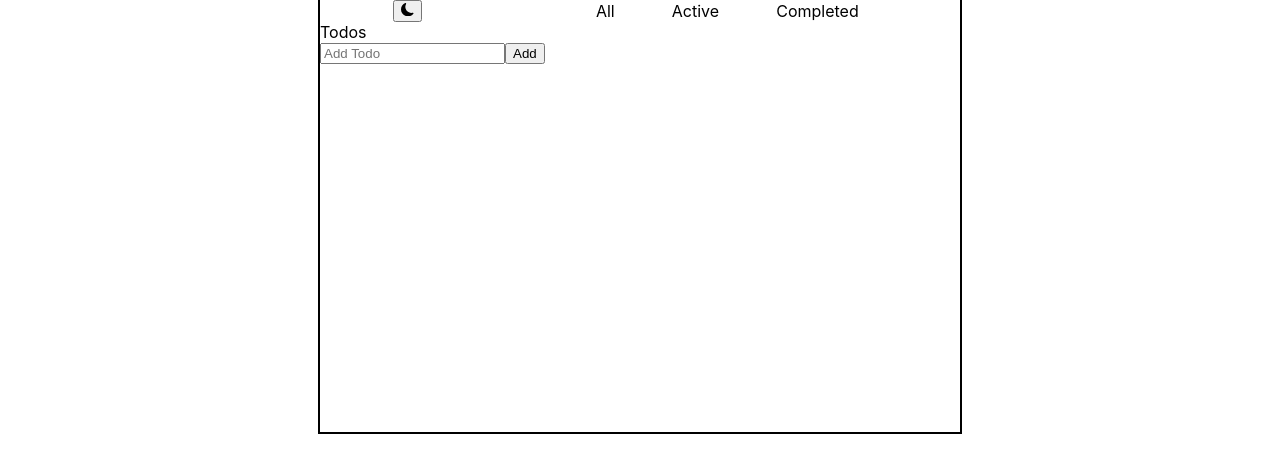
Repository: DongjaJ/React-Todo
Page: / (app in react-todo/)
An editor plug-in stored every save of this project. The page is shown before and after the next save, followed by the edit.
The browser window is 1280 px wide. The pictures show the whole page.
The project was rebuilt for these pictures with package versions that can differ from the ones it lists, and the page was loaded fresh each time.

Above is the page before, as saved 2023-05-15 13:57:13.

### react-todo/public/index.html
<!DOCTYPE html>
<html lang="en">
	<head>
		<meta charset="utf-8" />
		<link rel="icon" href="%PUBLIC_URL%/favicon.ico" />
		<meta name="viewport" content="width=device-width, initial-scale=1" />
		<meta name="theme-color" content="#000000" />
		<meta
			name="description"
			content="Web site created using create-react-app" />
		<link rel="apple-touch-icon" href="%PUBLIC_URL%/logo192.png" />
		<!--
      manifest.json provides metadata used when your web app is installed on a
      user's mobile device or desktop. See https://developers.google.com/web/fundamentals/web-app-manifest/
    -->
		<link rel="manifest" href="%PUBLIC_URL%/manifest.json" />
		<!--
      Notice the use of %PUBLIC_URL% in the tags above.
      It will be replaced with the URL of the `public` folder during the build.
      Only files inside the `public` folder can be referenced from the HTML.

      Unlike "/favicon.ico" or "favicon.ico", "%PUBLIC_URL%/favicon.ico" will
      work correctly both with client-side routing and a non-root public URL.
      Learn how to configure a non-root public URL by running `npm run build`.
    -->
		<title>📘 Todo</title>
	</head>
	<body>
		<noscript>You need to enable JavaScript to run this app.</noscript>
		<div id="root"></div>
		<!--
      This HTML file is a template.
      If you open it directly in the browser, you will see an empty page.

      You can add webfonts, meta tags, or analytics to this file.
      The build step will place the bundled scripts into the <body> tag.

      To begin the development, run `npm start` or `yarn start`.
      To create a production bundle, use `npm run build` or `yarn build`.
    --></body>
</html>

### react-todo/src/App.js
import './App.css';
import Footer from './components/Footer';
import Header from './components/Header';
import Todos from './components/Todos';

function App() {
	return (
		<div className="App">
			<Header></Header>
			<Todos></Todos>
			<Footer></Footer>
		</div>
	);
}

export default App;

### react-todo/src/App.css
body {
	display: flex;
	flex-direction: column;
	justify-content: center;
	align-items: center;
}

.App {
	outline: 2px solid black;
	width: 50vw;
	height: 60vh;
}

### react-todo/src/components/Footer.jsx
import React from 'react';

export default function Footer() {
	return (
		<div>
			<input placeholder="Add Todo"></input>
			<button>Add</button>
		</div>
	);
}

### react-todo/src/components/Header.jsx
import React from 'react';
import { BsFillSunFill, BsFillMoonFill } from 'react-icons/bs';
import stlyes from '../styles/Header.module.css';

export default function Header() {
	return (
		<div className={stlyes.header}>
			<button>
				<BsFillMoonFill />
			</button>
			<div className={stlyes['category-section']}>
				<section>All</section>
				<section>Active</section>
				<section>Completed</section>
			</div>
		</div>
	);
}

### react-todo/src/components/Todos.jsx
import React from 'react';

export default function Todos() {
	return <div>Todos</div>;
}

### react-todo/src/styles/Header.module.css
.header {
	display: flex;
	justify-content: space-around;
	align-items: center;
}

.category-section {
	display: flex;
	justify-content: space-around;
	align-items: center;
	width: 50%;
}

Loaded but not shown: react-todo/src/index.js (common file); react-todo/src/index.css (common file); react-todo/src/reportWebVitals.js (common file)

After the next save:
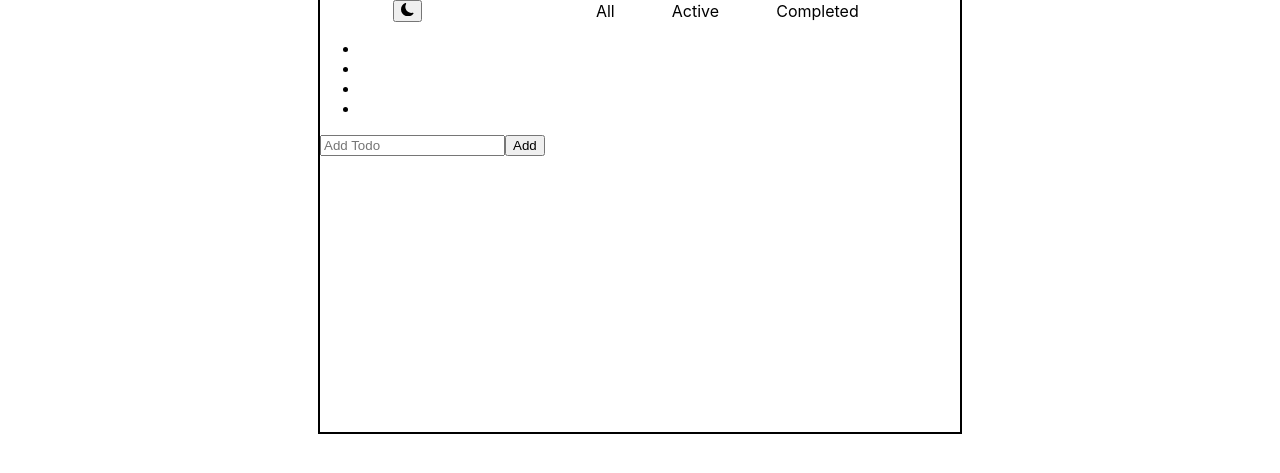
Saved 64 s later.
--- a/react-todo/src/components/Todos.jsx
+++ b/react-todo/src/components/Todos.jsx
@@ -1,5 +1,14 @@
 import React from 'react';
 
 export default function Todos() {
-	return <div>Todos</div>;
+	return (
+		<div>
+			<ul>
+				<li></li>
+				<li></li>
+				<li></li>
+				<li></li>
+			</ul>
+		</div>
+	);
 }
